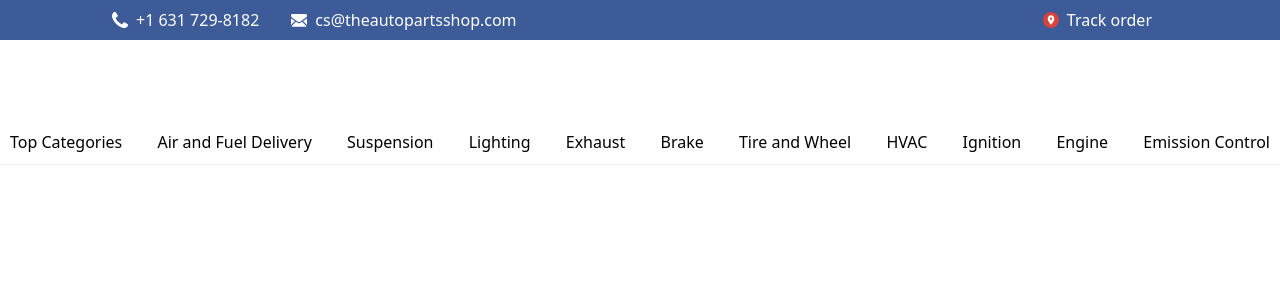
Repository: robindhimanspineor/TAPS-Next
Page: /
An editor plug-in stored every save of this project. The page is shown before and after the next save, followed by the edit.
The browser window is 1280 px wide. The pictures show the whole page.
The project was rebuilt for these pictures with package versions that can differ from the ones it lists, and the page was loaded fresh each time. The framework's server and built-in components were replaced by stand-ins that run in the browser. Also part of the build but not shown: next.config.js.

Above is the page before, as saved 2021-09-16 16:58:22.

### src/pages/index.tsx
// import { useRouter } from 'next/router';

// import { Meta } from '../layout/Meta';
// import { Main } from '../templates/Main';
import Header from '../components/common/header';

const Index = () => {
  // const router = useRouter();

  return (
    // <Main
    //   meta={
    //     <Meta
    //       title="Next.js Boilerplate Presentation"
    //       description="Next js Boilerplate is the perfect starter code for your project. Build your React application with the Next.js framework."
    //     />
    //   }
    // >
    // </Main>
    <div>
      <main className="main-container block">
        <Header />
      </main>
    </div>
  );
};

export default Index;

### src/styles/main.css
@tailwind base;
a {
  @apply text-blue-700;
}

a:hover {
  @apply border-b-2 border-blue-700;
}

@tailwind components;
@tailwind utilities;
.content p {
  @apply my-6;
}

.content ul {
  @apply my-6;
}

a {
  text-decoration: none;
  color: black;
}

.main-header {
  display: flex;
  flex-direction: row;
  flex-wrap: nowrap;
  align-content: flex-start;
  align-items: center;
  height: 80px;
  max-width: 1580px;
  flex-grow: 1;
  width: 100%;
  padding: 0 125px 0 115px;
}

.logo {
  flex-basis: 260px;
  display: flex;
  align-items: center;
  justify-content: flex-start;
  padding-left: 20px;
}

.logo a {
  display: inline-block;
}

### src/components/common/header/index.tsx
import TopHeader from './top-header';
import MainHeader from './main-header';
import CategoriesHeader from './categories-header';

const Header = () => {
  return (
    <header className="flex flex-col items-center justify-center w-full static border-b z-50">
      <TopHeader />
      <MainHeader />
      <CategoriesHeader />
    </header>
  );
};

export default Header;

### src/components/common/header/top-header.tsx
import PhoneHandle from '../../../svg/PhoneHandleSvg.js';
import MailBoxSvg from '../../../svg/MailBoxSvg.js';
import TrackOrderSvg from '../../../svg/TrackOrderSvg.js';

import topHeaderStyles from '../../../styles/top-header.module.css';
const TopHeader = () => {
  return (
    <div
      className={`${topHeaderStyles.bgBlue} head-top flex justify-between py-2 pr-32 pl-28  w-full text-base`}
    >
      <div className="w-screen max-w-screen-xl flex justify-between">
        <div className="head-top-left flex text-white font-medium w-9/12">
          <div className="head-top-phone flex items-center text-white w-auto">
            <div
              className="text-white h-6 w-6 flex items-center pr-2"
              style={{ fill: '#fff' }}
            >
              <PhoneHandle />
            </div>
            <p>+1 631 729-8182</p>
          </div>
          <div className="heap-top-email flex items-center text-white w-auto ml-8">
            <div
              className="text-white h-6 w-6 flex items-center pr-2"
              style={{ fill: '#fff' }}
            >
              <MailBoxSvg />
            </div>
            <p>cs@theautopartsshop.com</p>
          </div>
        </div>
        <div className="head-top-right text-white font-medium">
          <div
            className="head-top-track-order flex items-center text-white w-auto cursor-pointer"
            onClick={() => console.log('track order')}
          >
            <div
              className="text-white h-6 w-6 flex items-center pr-2 "
              style={{ fill: '#fff' }}
            >
              <TrackOrderSvg />
            </div>
            <p>Track order</p>
          </div>
        </div>
      </div>
    </div>
  );
};
export default TopHeader;

### src/components/common/header/main-header.tsx
import Logo from './logo';

const MainHeader = () => {
  return (
    <div className="main-header">
      <Logo />
      <div className="searchbar"></div>
      <div className="cart-button"></div>
    </div>
  );
};

export default MainHeader;

### src/components/common/header/categories-header.tsx
import Link from 'next/link';
const CategoriesHeader = () => {
  return (
    <div className="header-categories w-screen max-w-screen-xl flex justify-between ">
      <Link href="/">
        <a className="m-2.5 text-black">Top Categories</a>
      </Link>
      <Link href="/air-and-fuel-delivery">
        <a className="m-2.5 text-black">Air and Fuel Delivery</a>
      </Link>
      <Link href="/suspension">
        <a className="m-2.5 text-black">Suspension</a>
      </Link>
      <Link href="/electrical-lighting-and-body">
        <a className="m-2.5 text-black">Lighting</a>
      </Link>
      <Link href="/exhaust">
        <a className="m-2.5 text-black">Exhaust</a>
      </Link>
      <Link href="/brake">
        <a className="m-2.5 text-black">Brake</a>
      </Link>
      <Link href="/tire-and-wheel">
        <a className="m-2.5 text-black">Tire and Wheel</a>
      </Link>
      <Link href="/hvac">
        <a className="m-2.5 text-black">HVAC</a>
      </Link>
      <Link href="/ignition">
        <a className="m-2.5 text-black">Ignition</a>
      </Link>
      <Link href="/engine">
        <a className="m-2.5 text-black">Engine</a>
      </Link>
      <Link href="/emission-control">
        <a className="m-2.5 text-black">Emission Control</a>
      </Link>
    </div>
  );
};

export default CategoriesHeader;

### src/svg/PhoneHandleSvg.js
import React from 'react';

const PhoneHandle = () => (
  <svg
    version="1.1"
    xmlns="http://www.w3.org/2000/svg"
    xmlnsXlink="http://www.w3.org/1999/xlink"
    x="0px"
    y="0px"
    width="401.998px"
    height="401.998px"
    viewBox="0 0 401.998 401.998"
    style={{ enableBackground: 'new 0 0 401.998 401.998' }}
    xmlSpace="preserve"
    aria-label="phone handle svg"
  >
    <g>
      <path
        d="M401.129,311.475c-1.137-3.426-8.371-8.473-21.697-15.129c-3.61-2.098-8.754-4.949-15.41-8.566
		c-6.662-3.617-12.709-6.95-18.13-9.996c-5.432-3.045-10.521-5.995-15.276-8.846c-0.76-0.571-3.139-2.234-7.136-5
		c-4.001-2.758-7.375-4.805-10.14-6.14c-2.759-1.327-5.473-1.995-8.138-1.995c-3.806,0-8.56,2.714-14.268,8.135
		c-5.708,5.428-10.944,11.324-15.7,17.706c-4.757,6.379-9.802,12.275-15.126,17.7c-5.332,5.427-9.713,8.138-13.135,8.138
		c-1.718,0-3.86-0.479-6.427-1.424c-2.566-0.951-4.518-1.766-5.858-2.423c-1.328-0.671-3.607-1.999-6.845-4.004
		c-3.244-1.999-5.048-3.094-5.428-3.285c-26.075-14.469-48.438-31.029-67.093-49.676c-18.649-18.658-35.211-41.019-49.676-67.097
		c-0.19-0.381-1.287-2.19-3.284-5.424c-2-3.237-3.333-5.518-3.999-6.854c-0.666-1.331-1.475-3.283-2.425-5.852
		s-1.427-4.709-1.427-6.424c0-3.424,2.713-7.804,8.138-13.134c5.424-5.327,11.326-10.373,17.7-15.128
		c6.379-4.755,12.275-9.991,17.701-15.699c5.424-5.711,8.136-10.467,8.136-14.273c0-2.663-0.666-5.378-1.997-8.137
		c-1.332-2.765-3.378-6.139-6.139-10.138c-2.762-3.997-4.427-6.374-4.999-7.139c-2.852-4.755-5.799-9.846-8.848-15.271
		c-3.049-5.424-6.377-11.47-9.995-18.131c-3.615-6.658-6.468-11.799-8.564-15.415C98.986,9.233,93.943,1.997,90.516,0.859
		C89.183,0.288,87.183,0,84.521,0c-5.142,0-11.85,0.95-20.129,2.856c-8.282,1.903-14.799,3.899-19.558,5.996
		c-9.517,3.995-19.604,15.605-30.264,34.826C4.863,61.566,0.01,79.271,0.01,96.78c0,5.135,0.333,10.131,0.999,14.989
		c0.666,4.853,1.856,10.326,3.571,16.418c1.712,6.09,3.093,10.614,4.137,13.56c1.045,2.948,2.996,8.229,5.852,15.845
		c2.852,7.614,4.567,12.275,5.138,13.988c6.661,18.654,14.56,35.307,23.695,49.964c15.03,24.362,35.541,49.539,61.521,75.521
		c25.981,25.98,51.153,46.49,75.517,61.526c14.655,9.134,31.314,17.032,49.965,23.698c1.714,0.568,6.375,2.279,13.986,5.141
		c7.614,2.854,12.897,4.805,15.845,5.852c2.949,1.048,7.474,2.43,13.559,4.145c6.098,1.715,11.566,2.905,16.419,3.576
		c4.856,0.657,9.853,0.996,14.989,0.996c17.508,0,35.214-4.856,53.105-14.562c19.219-10.656,30.826-20.745,34.823-30.269
		c2.102-4.754,4.093-11.273,5.996-19.555c1.909-8.278,2.857-14.985,2.857-20.126C401.99,314.814,401.703,312.819,401.129,311.475z"
      />
    </g>
    <g />
    <g />
    <g />
    <g />
    <g />
    <g />
    <g />
    <g />
    <g />
    <g />
    <g />
    <g />
    <g />
    <g />
    <g />
  </svg>
);

export default PhoneHandle;

### src/svg/MailBoxSvg.js
import React from 'react';

const MailBoxSvg = () => (
  <svg
    version="1.1"
    xmlns="http://www.w3.org/2000/svg"
    xmlnsXlink="http://www.w3.org/1999/xlink"
    x="0px"
    y="0px"
    width="550.795px"
    height="550.795px"
    viewBox="0 0 550.795 550.795"
    style={{ enableBackground: 'new 0 0 550.795 550.795' }}
    xmlSpace="preserve"
    aria-label="mail box"
  >
    <g>
      <g>
        <path
          d="M501.613,491.782c12.381,0,23.109-4.088,32.229-12.16L377.793,323.567c-3.744,2.681-7.373,5.288-10.801,7.767
			c-11.678,8.604-21.156,15.318-28.434,20.129c-7.277,4.822-16.959,9.737-29.045,14.755c-12.094,5.024-23.361,7.528-33.813,7.528
			h-0.306h-0.306c-10.453,0-21.72-2.503-33.813-7.528c-12.093-5.018-21.775-9.933-29.045-14.755
			c-7.277-4.811-16.75-11.524-28.434-20.129c-3.256-2.387-6.867-5.006-10.771-7.809L16.946,479.622
			c9.119,8.072,19.854,12.16,32.234,12.16H501.613z"
        />
        <path
          d="M31.047,225.299C19.37,217.514,9.015,208.598,0,198.555V435.98l137.541-137.541
			C110.025,279.229,74.572,254.877,31.047,225.299z"
        />
        <path
          d="M520.059,225.299c-41.865,28.336-77.447,52.73-106.75,73.195l137.486,137.492V198.555
			C541.98,208.396,531.736,217.306,520.059,225.299z"
        />
        <path
          d="M501.613,59.013H49.181c-15.784,0-27.919,5.33-36.42,15.979C4.253,85.646,0.006,98.97,0.006,114.949
			c0,12.907,5.636,26.892,16.903,41.959c11.267,15.061,23.256,26.891,35.961,35.496c6.965,4.921,27.969,19.523,63.012,43.801
			c18.917,13.109,35.368,24.535,49.505,34.395c12.05,8.396,22.442,15.667,31.022,21.701c0.985,0.691,2.534,1.799,4.59,3.269
			c2.215,1.591,5.018,3.61,8.476,6.107c6.659,4.816,12.191,8.709,16.597,11.683c4.4,2.975,9.731,6.298,15.985,9.988
			c6.249,3.685,12.143,6.456,17.675,8.299c5.533,1.842,10.655,2.766,15.367,2.766h0.306h0.306c4.711,0,9.834-0.924,15.368-2.766
			c5.531-1.843,11.42-4.608,17.674-8.299c6.248-3.69,11.572-7.02,15.986-9.988c4.406-2.974,9.938-6.866,16.598-11.683
			c3.451-2.497,6.254-4.517,8.469-6.102c2.057-1.476,3.605-2.577,4.596-3.274c6.684-4.651,17.1-11.892,31.104-21.616
			c25.482-17.705,63.01-43.764,112.742-78.281c14.957-10.447,27.453-23.054,37.496-37.803c10.025-14.749,15.051-30.22,15.051-46.408
			c0-13.525-4.873-25.098-14.598-34.737C526.461,63.829,514.932,59.013,501.613,59.013z"
        />
      </g>
    </g>
    <g />
    <g />
    <g />
    <g />
    <g />
    <g />
    <g />
    <g />
    <g />
    <g />
    <g />
    <g />
    <g />
    <g />
    <g />
  </svg>
);

export default MailBoxSvg;

### src/svg/TrackOrderSvg.js
import React from 'react';

const TrackOrderSvg = () => (
    <svg xmlns="http://www.w3.org/2000/svg"
        version="1.1"
        id="Layer_1"
        x="0px"
        y="0px"
        viewBox="0 0 28 28"
        style={{ enableBackground: "new 0 0 28 28" }}>

        <circle id="Ellipse_2" fill="#D9433E" cx="14" cy="14" r="14" />
        <path id="Icon_material-location-on" fill="#FFFFFF" d="M14,5.9c-3.1,0-5.7,2.5-5.7,5.7c0,0,0,0,0,0c0,4.3,5.7,10.5,5.7,10.5  s5.7-6.3,5.7-10.5C19.7,8.4,17.1,5.9,14,5.9C14,5.9,14,5.9,14,5.9z M14,13.6c-1.1,0-2-0.9-2-2c0-1.1,0.9-2,2-2c1.1,0,2,0.9,2,2l0,0  C16,12.7,15.1,13.6,14,13.6z" />
    </svg>
);

export default TrackOrderSvg;

### src/styles/top-header.module.css
.bgBlue {
  background-color: #3d5b99;
}

### src/components/common/header/logo.tsx
import React from 'react';
import Link from 'next/link';

const Logo = () => (
  <div className="logo">
    <Link href="/">
      <a>
        <span>
          <svg x="0px" y="0px" viewBox="0 0 1004.91 260.67">
            <title>theautopartsshop.com</title>
            <path
              fill="#ff0"
              d="M231.67,154.11"
              transform="translate(-48.51 -38.87)"
            />
            <path
              fill="#ff0"
              d="M259.25,150.17"
              transform="translate(-48.51 -38.87)"
            />
            <path
              fill="#d9433e"
              d="M327.3,76.1h86.6V87.9H376.66V191.22H364.95V87.9H327.3Z"
              transform="translate(-48.51 -38.87)"
            />
            <path
              fill="#d9433e"
              d="M431.62,76h12.2v33.85q8.8-5.33,15.59-5.33h31.1q10.58,0,20.92,10.66,6.87,7.35,6.87,23.59v52.43H506.5V137.58q0-16.07-12.12-20.12l-5.33-.73H461.67q-13.81,0-17.53,12.93l-.32,2.67v58.89h-12.2Z"
              transform="translate(-48.51 -38.87)"
            />
            <path
              fill="#d9433e"
              d="M564.53,104.46h28.19q20.2,0,28.2,21.65l.73,5.74v3.39q0,14.46-16.32,24.4A35.87,35.87,0,0,1,592,162.3H547.08V163q0,11.47,13.33,15.59l7.59.81h20.92q15.83,0,20.12-11.39a34.07,34.07,0,0,0,1.54-6.14h11.07q0,20.76-22.46,28.6l-6.46.73h-24.4q-24.16,0-31.91-19.39a43.41,43.41,0,0,1-1.53-10.66V134.11q0-19.63,19-27.79A26.84,26.84,0,0,1,564.53,104.46Zm-17.85,33.85v12.2h41.12q17,0,20.52-10.34a15.89,15.89,0,0,0,1.54-7.19q0-7-6.06-12.52-4.2-4.2-15.27-4.2H568.73q-12.52,0-16.72,4.93Q546.68,125.38,546.68,138.31Z"
              transform="translate(-48.51 -38.87)"
            />
            <path
              fill="#d9433e"
              d="M983.65,273.4a6.78,6.78,0,0,1-2.56,5.6,11.11,11.11,0,0,1-7.12,2,16.71,16.71,0,0,1-7.43-1.58V274.3A30.63,30.63,0,0,0,971,276a13.3,13.3,0,0,0,3.37.49,4.79,4.79,0,0,0,2.81-.7,2.4,2.4,0,0,0,1-2.08,2.3,2.3,0,0,0-.43-1.37,4.81,4.81,0,0,0-1.27-1.16,32.89,32.89,0,0,0-3.4-1.78,16.1,16.1,0,0,1-3.61-2.17,8.15,8.15,0,0,1-1.92-2.42,6.91,6.91,0,0,1-.72-3.23,6.78,6.78,0,0,1,2.36-5.47,9.8,9.8,0,0,1,6.53-2,15.4,15.4,0,0,1,3.9.48,26.89,26.89,0,0,1,3.89,1.36l-1.79,4.33a26.36,26.36,0,0,0-3.47-1.2,11.18,11.18,0,0,0-2.7-.34,3.57,3.57,0,0,0-2.42.74,2.42,2.42,0,0,0-.84,1.92,2.38,2.38,0,0,0,.34,1.28,3.74,3.74,0,0,0,1.09,1.06,33.55,33.55,0,0,0,3.53,1.84,14,14,0,0,1,5,3.53A6.89,6.89,0,0,1,983.65,273.4Z"
              transform="translate(-48.51 -38.87)"
            />
            <path
              fill="#d9433e"
              d="M1006.43,280.69H1001V269q0-4.34-3.23-4.34a3.67,3.67,0,0,0-3.32,1.56,9.53,9.53,0,0,0-1,5.06v9.44H987.9V252.75h5.48v5.69q0,.67-.13,3.12l-.12,1.62h.29a6.34,6.34,0,0,1,5.82-2.94,7.11,7.11,0,0,1,5.37,1.9,7.56,7.56,0,0,1,1.83,5.46Z"
              transform="translate(-48.51 -38.87)"
            />
            <path
              fill="#d9433e"
              d="M1030.23,270.62q0,4.9-2.58,7.67a9.37,9.37,0,0,1-7.2,2.76,10.07,10.07,0,0,1-5.1-1.27,8.41,8.41,0,0,1-3.39-3.64,12.21,12.21,0,0,1-1.19-5.53q0-4.92,2.57-7.65a9.43,9.43,0,0,1,7.22-2.73,10.13,10.13,0,0,1,5.1,1.26,8.39,8.39,0,0,1,3.39,3.61A12.1,12.1,0,0,1,1030.23,270.62Zm-13.88,0a8.42,8.42,0,0,0,1,4.51,3.5,3.5,0,0,0,3.19,1.53,3.44,3.44,0,0,0,3.15-1.52,8.54,8.54,0,0,0,1-4.51,8.29,8.29,0,0,0-1-4.47,4.12,4.12,0,0,0-6.34,0A8.28,8.28,0,0,0,1016.35,270.62Z"
              transform="translate(-48.51 -38.87)"
            />
            <path
              fill="#d9433e"
              d="M1045.7,281a6.65,6.65,0,0,1-5.55-2.57h-.29q.29,2.51.29,2.91v8.13h-5.48v-28.9h4.45l.77,2.6h.25a6.33,6.33,0,0,1,5.69-3,6.51,6.51,0,0,1,5.57,2.75q2,2.75,2,7.63a15.07,15.07,0,0,1-.94,5.58,7.83,7.83,0,0,1-2.68,3.61A6.88,6.88,0,0,1,1045.7,281Zm-1.62-16.43a3.46,3.46,0,0,0-3,1.25,7.16,7.16,0,0,0-1,4.12v.59a8.45,8.45,0,0,0,1,4.63,3.43,3.43,0,0,0,3,1.4q3.68,0,3.68-6.07a8.67,8.67,0,0,0-.91-4.44A3.09,3.09,0,0,0,1044.09,264.62Z"
              transform="translate(-48.51 -38.87)"
            />
            <path
              fill="#3d5b99"
              d="M363.38,284.2h-16.7V251.25a79.65,79.65,0,0,1,1.21-14.73A20.87,20.87,0,0,1,353,226q3.88-4.2,11.12-6.34t19.2-2.14a168.44,168.44,0,0,1,20.76,1.21q9.69,1.21,17.19,1.92V284.2H404.64V258.48H363.47Zm41.25-51.52q-4.82-.36-10.22-.58t-11.3-.22a39.21,39.21,0,0,0-9.46.94,14.28,14.28,0,0,0-5.8,2.77,10.42,10.42,0,0,0-3.08,4.38,21.9,21.9,0,0,0-1.21,5.76h41.07Z"
              transform="translate(-48.51 -38.87)"
            />
            <path
              fill="#3d5b99"
              d="M459.73,285.27a67,67,0,0,1-11.92-.94,19.65,19.65,0,0,1-8.57-3.57,16,16,0,0,1-5.18-7.28,34.9,34.9,0,0,1-1.74-12.05V238.57H449v22.86a14,14,0,0,0,.63,4.55,6.31,6.31,0,0,0,1.92,2.86,7.71,7.71,0,0,0,3.3,1.52,22.7,22.7,0,0,0,4.87.45q1.69,0,3.13,0t3-.18l3.39-.27q1.83-.13,4.42-.4V238.57h16.61v43.57q-3.39.45-6.79,1t-7.1,1q-3.71.45-7.77.76T459.73,285.27Z"
              transform="translate(-48.51 -38.87)"
            />
            <path
              fill="#3d5b99"
              d="M533.48,250.36H518.93V284.2h-16.7V222.59l16.7-4.29v19.29h14.55Z"
              transform="translate(-48.51 -38.87)"
            />
            <path
              fill="#3d5b99"
              d="M576.87,237.59a117.41,117.41,0,0,1,16.21.94,26.66,26.66,0,0,1,10.67,3.57,14.69,14.69,0,0,1,5.89,7.28,41.59,41.59,0,0,1,0,24.11,14.68,14.68,0,0,1-5.89,7.28,26.63,26.63,0,0,1-10.67,3.57,140.93,140.93,0,0,1-32.46,0A26.3,26.3,0,0,1,550,280.76a14.73,14.73,0,0,1-5.85-7.28,41.58,41.58,0,0,1,0-24.11A14.75,14.75,0,0,1,550,242.1a26.33,26.33,0,0,1,10.67-3.57A118.41,118.41,0,0,1,576.87,237.59Zm0,33.21q5.09,0,8.39-.31a14.21,14.21,0,0,0,5.18-1.29,5.5,5.5,0,0,0,2.63-2.81,13.24,13.24,0,0,0,.76-5,13.61,13.61,0,0,0-.76-5,5.48,5.48,0,0,0-2.63-2.86,14.27,14.27,0,0,0-5.18-1.29q-3.3-.31-8.39-.31t-8.39.31a14.7,14.7,0,0,0-5.22,1.29,5.24,5.24,0,0,0-2.63,2.86,14.34,14.34,0,0,0-.71,5,14,14,0,0,0,.71,5,5.26,5.26,0,0,0,2.63,2.81,14.64,14.64,0,0,0,5.22,1.29Q571.78,270.81,576.87,270.81Z"
              transform="translate(-48.51 -38.87)"
            />
            <path
              fill="#3d5b99"
              d="M672.05,218.21a57.24,57.24,0,0,1,13.71,1.38,23.44,23.44,0,0,1,8.79,4,14.2,14.2,0,0,1,4.69,6.34,24.65,24.65,0,0,1,1.38,8.57,28.61,28.61,0,0,1-1.29,9.11,13,13,0,0,1-4.51,6.29,22,22,0,0,1-8.75,3.66,67.6,67.6,0,0,1-14,1.21H638.66V284.2H622.05v-66h50Zm0,27.77a43.81,43.81,0,0,0,5.67-.31,11.57,11.57,0,0,0,3.88-1.12,5,5,0,0,0,2.23-2.28,8.72,8.72,0,0,0,.71-3.79,8.11,8.11,0,0,0-.8-3.88,5.48,5.48,0,0,0-2.37-2.28,11.43,11.43,0,0,0-3.93-1.07,48.49,48.49,0,0,0-5.4-.27H638.66v15Z"
              transform="translate(-48.51 -38.87)"
            />
            <path
              fill="#3d5b99"
              d="M744.11,237.59a113.36,113.36,0,0,1,12.5.71q6.43.72,11.88,1.52,6.25,1,12.41,2.14V284.2H768.84L766.79,282a54.66,54.66,0,0,1-9.6,2.32,80.48,80.48,0,0,1-13.08,1,118.41,118.41,0,0,1-16.25-.94,26.68,26.68,0,0,1-10.71-3.57,14.66,14.66,0,0,1-5.89-7.28,41.57,41.57,0,0,1,0-24.11,14.67,14.67,0,0,1,5.89-7.28,26.71,26.71,0,0,1,10.71-3.57A118.41,118.41,0,0,1,744.11,237.59Zm0,33.21q1.69,0,4.15-.09t5.18-.22l5.54-.27q2.81-.13,5.31-.31V252.86q-2.5-.09-5.31-.27t-5.54-.31q-2.72-.13-5.18-.22t-4.15-.09q-5.09,0-8.39.31a14.7,14.7,0,0,0-5.22,1.29,5.24,5.24,0,0,0-2.63,2.86,14.33,14.33,0,0,0-.71,5,13.94,13.94,0,0,0,.71,5,5.26,5.26,0,0,0,2.63,2.81,14.64,14.64,0,0,0,5.22,1.29Q739,270.81,744.11,270.81Z"
              transform="translate(-48.51 -38.87)"
            />
            <path
              fill="#3d5b99"
              d="M801.17,239.33q4.46-.58,9.2-1t9.64-.58q4.91-.18,9.64-.18v12q-5.09.27-8.79.71t-6.29.89q-2.95.54-5.09,1.07v32H792.86V240.72Q796.7,239.91,801.17,239.33Z"
              transform="translate(-48.51 -38.87)"
            />
            <path
              fill="#3d5b99"
              d="M871.52,250.36H857V284.2h-16.7V222.59L857,218.3v19.29h14.55Z"
              transform="translate(-48.51 -38.87)"
            />
            <path
              fill="#3d5b99"
              d="M943.67,270.9a12.91,12.91,0,0,1-1.74,6.92,11.93,11.93,0,0,1-5.8,4.51,38.31,38.31,0,0,1-10.71,2.37,144.32,144.32,0,0,1-16.56.49q-3.75-.09-7.68-.4t-7.41-.76q-3.48-.45-6.29-.89l-4.42-.71V271.88q5.44.27,10.45.45,4.28.18,8.66.31t7,.13q5.44.18,8.79.13a40.62,40.62,0,0,0,5.13-.31,5.15,5.15,0,0,0,2.37-.76,1.9,1.9,0,0,0,.67-1.29,1.21,1.21,0,0,0-.36-1.12,3.88,3.88,0,0,0-1.7-.67,28.45,28.45,0,0,0-3.44-.45l-5.58-.45q-10.72-.8-17.41-2a40.1,40.1,0,0,1-10.45-3,10.28,10.28,0,0,1-5-4.51,14.65,14.65,0,0,1-1.29-6.43,12.16,12.16,0,0,1,1.74-6.61,12.55,12.55,0,0,1,5.8-4.55,37.81,37.81,0,0,1,10.71-2.54,129.93,129.93,0,0,1,16.56-.58q4.37.09,8.75.54t7.86,1q4.11.63,7.77,1.34v10.89q-2.32-.27-5.67-.49t-6.83-.4q-3.48-.18-6.7-.31l-5.45-.22q-5.54-.09-8.84,0a46.56,46.56,0,0,0-5.13.36,5.23,5.23,0,0,0-2.41.76,1.52,1.52,0,0,0-.58,1.21,1.45,1.45,0,0,0,.36,1.07,3.35,3.35,0,0,0,1.52.63,24.73,24.73,0,0,0,3.35.45l5.85.45q10.8.8,17.5,2a40.41,40.41,0,0,1,10.4,3,10.31,10.31,0,0,1,5,4.51A14.66,14.66,0,0,1,943.67,270.9Z"
              transform="translate(-48.51 -38.87)"
            />
            <path
              fill="#58585a"
              d="M246.48,147.78a4.09,4.09,0,0,0,4.09-4.09v-2.74a2.07,2.07,0,0,0-2.3-2.06l-18,2-2.48-3.84-10-15.38a7.11,7.11,0,0,0-6-3.25H140.45a6.18,6.18,0,0,0-5.33,3L126,137l-2.35,4-16.24-1.91a3.32,3.32,0,0,0-3.71,3.3v1.77a3.65,3.65,0,0,0,3.65,3.65h12.29l-2.76,4.69-6,3.33-6,3.33a3.32,3.32,0,0,0-1.7,2.9v37.46a2.66,2.66,0,0,0,2.14,2.61l1.74,1,1.74,1a3,3,0,0,1,2.4,2.91l0,5.4,0,8a2.1,2.1,0,0,0,2.36,2.07l1.59-.19,1.59-.19h17.6a1.83,1.83,0,0,0,1.83-1.83V206.72h80.39v13.5a1.92,1.92,0,0,0,1.92,1.92h22a1.91,1.91,0,0,0,1.91-1.91V207.06a3.22,3.22,0,0,1,1.37-2.64l2-1,2-1a3.32,3.32,0,0,0,1.83-1,2.86,2.86,0,0,0,.77-1.9V161.24a3.28,3.28,0,0,0-1.74-2.9l-5.53-2.94-5.53-2.94-4.12-6.37,1.39,1.68ZM137.42,123h77.66l18.27,27.41H121.43Zm104.14,52.61a3.58,3.58,0,0,1,3.58,3.58v5.37a3.24,3.24,0,0,1-3.24,3.24h-30a3.59,3.59,0,0,0-3,1.69l-.3.48-.3.48a3.41,3.41,0,0,1-2.89,1.6H150.66a3.15,3.15,0,0,1-2.67-1.48l-.32-.51-.32-.51a3.75,3.75,0,0,0-3.18-1.76H111.57a3.37,3.37,0,0,1-3.37-3.37v-5.52a3.3,3.3,0,0,1,3.3-3.3h15a3.45,3.45,0,0,1,3.41,2.89l.22,1,.22,1a2.37,2.37,0,0,0,2.32,1.86h85.46a2.53,2.53,0,0,0,2.52-2.52v-.31a3.94,3.94,0,0,1,3.94-3.94h17Z"
              transform="translate(-48.51 -38.87)"
            />
            <path
              fill="#58585a"
              d="M147.65,44.92V39.66l-18.16,5.68a2.82,2.82,0,0,0-1.8,3.68l2.89,7.71-14.44,7.88-5.7-8a1.51,1.51,0,0,0-2.09-.36L93.76,67.68a1.51,1.51,0,0,0-.37,2.12l5.67,6.63L87.25,88.25l-6.61-5.78a1.51,1.51,0,0,0-2.07.46L67,97.63a1.51,1.51,0,0,0,.3,2l6.85,5.71-6.57,13.13-9-2.26a1.51,1.51,0,0,0-1.83,1.1l-4.53,18.13a1.51,1.51,0,0,0,1.05,1.82L61,139.46l-2,15.1H50a1.51,1.51,0,0,0-1.51,1.51v18A1.51,1.51,0,0,0,50,175.57h9l1.31,17.07L52.42,196a1.51,1.51,0,0,0-.84,1.87l5.67,17a1.51,1.51,0,0,0,1.85,1l7.8-2.23,7.88,14.44-7.93,5.67a1.51,1.51,0,0,0-.33,2.13l10,13.38a1.51,1.51,0,0,0,2,.35l8-4.46L98.41,257l-5.55,6.66a1.51,1.51,0,0,0,.25,2.17L106.65,276a1.51,1.51,0,0,0,1.87,0l7-5.8,13.13,6.57-3.29,7.68a1.51,1.51,0,0,0,.91,2l18.14,6-11.82-21s-52.52-15.76-67-85.35c0,0-17.07-84,69.59-124.74C135.18,61.33,139.12,50.83,147.65,44.92Z"
              transform="translate(-48.51 -38.87)"
            />
            <path
              fill="#3d5b99"
              d="M182.26,96.67,171.12,78.25l8.44-20,28.33-2.17A38.73,38.73,0,0,0,140,62.58l0,1.65c-17.78,9.3-53.1,34.1-63,75.89,0,0-10.77,44,7.45,79.68,0,0,12,27.32,52.1,42l.88-29.77-1.25-2.58a6.82,6.82,0,0,0-4.09-1.36H116.16a7.85,7.85,0,0,1-5.55-2.3,2.62,2.62,0,0,1-.77-1.85V212.75a5.15,5.15,0,0,0-1.51-3.65l-9.23-7.91a5.2,5.2,0,0,1-1.52-3.68v-33a12.31,12.31,0,0,1,1.3-5.51l1.1-2.21a6.26,6.26,0,0,0,.66-2.8l.31-13.75s1.81-5,4-5h2.11c1.87,0,4.62-8.24,5.66-9.8,3.1-4.63,18.15-19,30.25-28.8l.32,2.38a38.73,38.73,0,0,0,67.23-4.46Z"
              transform="translate(-48.51 -38.87)"
            />
            <path
              fill="#3d5b99"
              d="M277.2,145.8c-11.37-54.92-57.36-72.24-57.36-72.24L215,101.14c12.35,7.41,24.69,24.76,29,31.23a5.6,5.6,0,0,0,4.66,2.49h2.11c2.23,0,4,.5,4,2.73l-1.31,22.06a6.26,6.26,0,0,0,.66,2.8l1.1,2.21a12.31,12.31,0,0,1,1.3,5.51v33a5.2,5.2,0,0,1-1.52,3.68l-7.91,6.6a5.16,5.16,0,0,0-1.51,3.65v6a2.62,2.62,0,0,1-.77,1.85c-1.47,1.47-3.47,3.61-5.55,3.61H223.43a6.82,6.82,0,0,0-4.09,1.36L208,236.67a37.94,37.94,0,0,0-61.74,6l27.82-.07,9.65,18.9-9.56,18.9-27.82.07a38,38,0,0,0,66.1-.4l.5-7.91,2.73-3.69c37.06-22.67,47.55-45.64,47.55-45.64C284.21,197.23,277.2,145.8,277.2,145.8Z"
              transform="translate(-48.51 -38.87)"
            />
            <path
              fill="#58585a"
              d="M207.4,46.23V41l15.54,5.68a2.82,2.82,0,0,1,1.8,3.68L224.47,58l11.82,7.88,5.7-8a1.51,1.51,0,0,1,2.09-.36L258.66,69a1.51,1.51,0,0,1,.37,2.12l-5.67,6.63,11.82,11.82,6.61-5.78a1.51,1.51,0,0,1,2.07.46l11.6,14.69a1.51,1.51,0,0,1-.3,2l-8.17,4.4,7.88,14.44,9-2.26a1.51,1.51,0,0,1,1.83,1.1l4.53,18.13a1.51,1.51,0,0,1-1.05,1.82l-6.47,2.22.66,15.1h9a1.51,1.51,0,0,1,1.51,1.51v18a1.51,1.51,0,0,1-1.51,1.51h-9L290.78,194,300,196a1.51,1.51,0,0,1,.84,1.87l-5.67,18.32a1.51,1.51,0,0,1-1.85,1L284.21,215l-7.88,13.13,7.93,5.67a1.51,1.51,0,0,1,.33,2.13l-11.35,14.69a1.51,1.51,0,0,1-2,.35l-6.69-4.46L252.7,258.29l5.55,5.34a1.51,1.51,0,0,1-.25,2.17l-13.53,11.46a1.51,1.51,0,0,1-1.87,0l-5.65-8.43-13.13,7.88.67,9a1.51,1.51,0,0,1-.91,2l-15.51,4.73,13.13-22.32S269.11,257,285.52,188.7c0,0,21-84-65.65-124.74C219.87,64,215.93,52.14,207.4,46.23Z"
              transform="translate(-48.51 -38.87)"
            />
          </svg>
        </span>
      </a>
    </Link>
  </div>
);

export default Logo;

Loaded but not shown: src/pages/_app.tsx (common file); src/pages/_document.tsx (common file); src/utils/AppConfig.ts (common file); tailwind.config.js (common file)

After the next save:
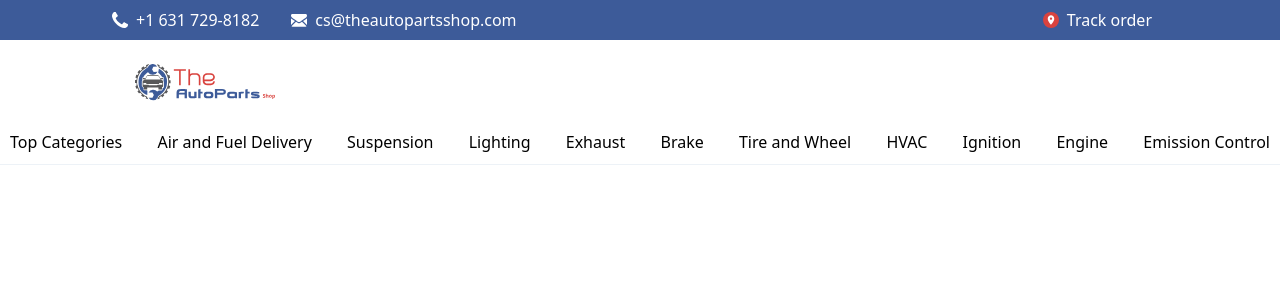
Saved 22 s later.
--- a/src/styles/main.css
+++ b/src/styles/main.css
@@ -46,3 +46,9 @@ a {
 .logo a {
   display: inline-block;
 }
+
+.logo a span {
+  display: block;
+  margin-top: 5px;
+  width: 140px;
+}
